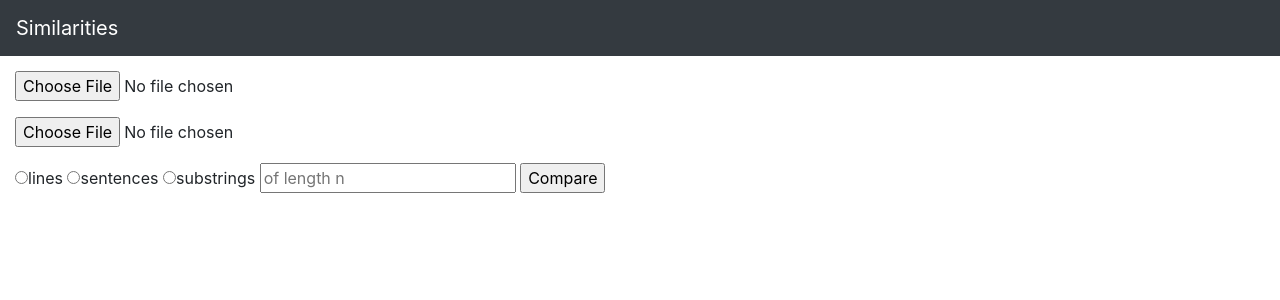
Repository: kenwynejohnes/cs50
Page: http://localhost/
The author's editor kept a record of every edit. The page is drawn from the files as they stood at one moment, then again after the next edit.
The browser window is 1280 px wide. The pictures show the whole page.
Some web libraries are served in a nearby version. The page is served by the project's application, run on Flask 3 (pset6/similarities/application.py).

Above is the page before.

After the next edit:
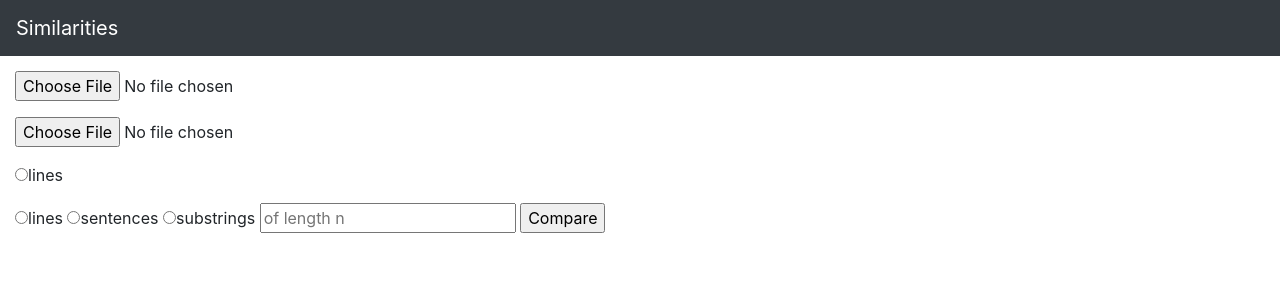
The edit:
--- a/pset6/similarities/templates/index.html
+++ b/pset6/similarities/templates/index.html
@@ -13,7 +13,9 @@
                 <input type="file" name="file2"></input>
             </p>
 
-
+            <p>
+                <input type="radio" name="algorithm" value="lines">lines</input>
+            </p>
             <input type="radio" name="algorithm" value="lines">lines</input>
             <input type="radio" name="algorithm" value="sentences">sentences</input>
             <input type="radio" name="algorithm" value="substrings">substrings</input>
